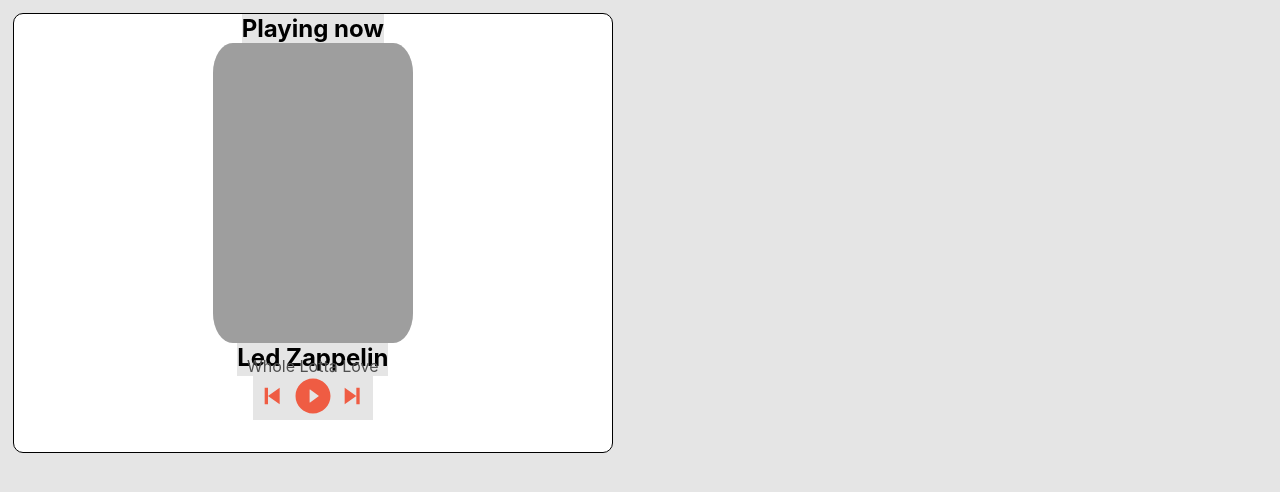
Repository: Sxcram02/playlist
Page: /
The author's editor kept a copy of each file at every save. The page is drawn from the files as they stood at one save, then again after a run of saves.
The browser window is 1280 px wide. The pictures show the whole page.
Pictures or frames that could not be fetched are drawn as grey boxes. The page's requests for data from a server got no answer. The project was rebuilt for these pictures with package versions that can differ from the ones it lists, and the page was loaded fresh each time. No one was signed in, and anything a server would have sent is missing.

Above is the page before, as saved 2023-02-22 18:36:11.

After the next 11 saves:
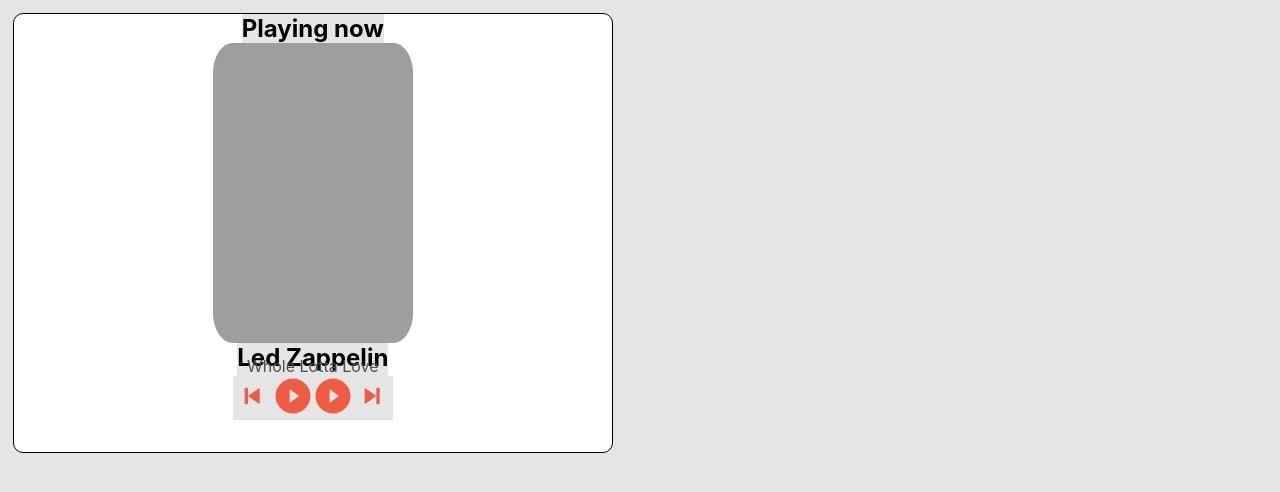
The 11 saves are shown as one change because 5 did not build or start and some came seconds apart.
The last was saved 74 s later.
--- a/src/App.js
+++ b/src/App.js
@@ -32,7 +32,20 @@
             <BiSkipPrevious />
           </IconContext.Provider>
         </button>
-        {}
+        {isPlaying ? (
+          <button className="playButton">
+            <IconContext.Provider value={{size:"3em", color:"#EF5C43"}}>
+              <AiFillPauseCircle onClick={isPlaying}/>
+            </IconContext.Provider>
+          </button>
+        ) : (
+          <button className="playButton">
+          <IconContext.Provider value={{size:"3em", color:"#EF5C43"}}>
+            <AiFillPlayCircle onClick={isPlaying}/>
+          </IconContext.Provider>
+        </button>
+        )
+        }
         <button className="playButton">
           <IconContext.Provider value={{size:"3em", color:"#EF5C43"}}>
             <AiFillPlayCircle onClick={isPlaying}/>
